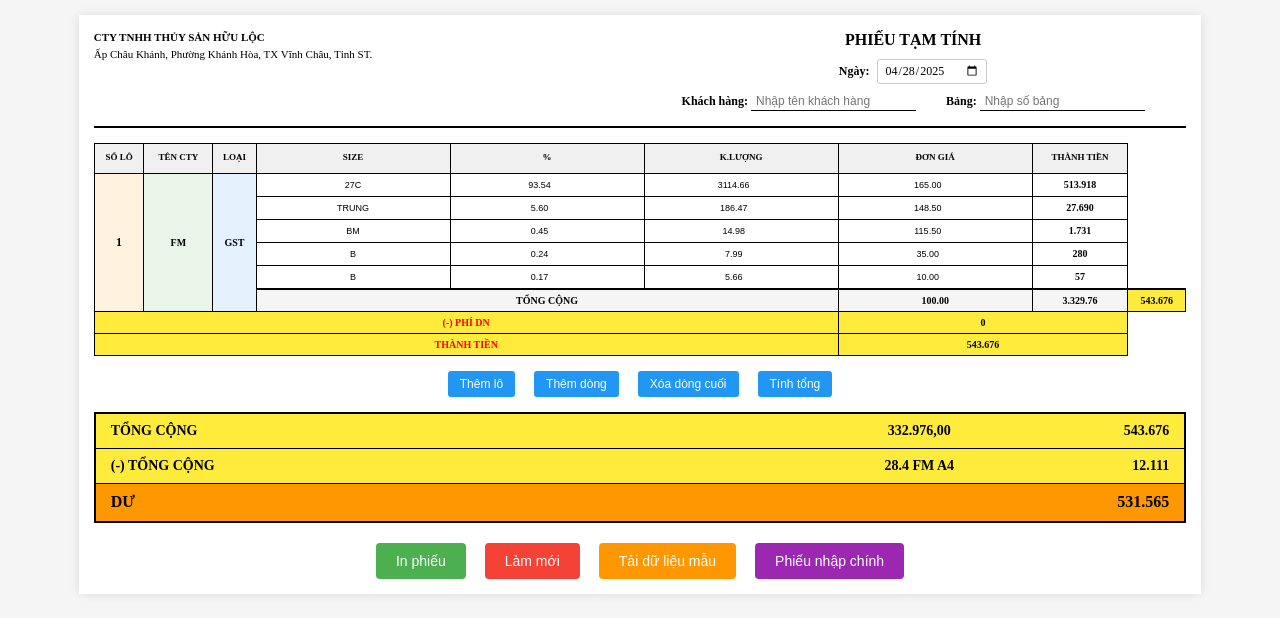
Repository: manhtuong0503/tom-nguyen-lieu
Page: phieu-tam-tinh.html
The author's editor kept a copy of each file at every save. The page is drawn from the files as they stood at one save, then again after the next save.
The browser window is 1280 px wide. The pictures show the whole page.

Above is the page before, as saved 2025-08-02 12:34:43.

After the next save:
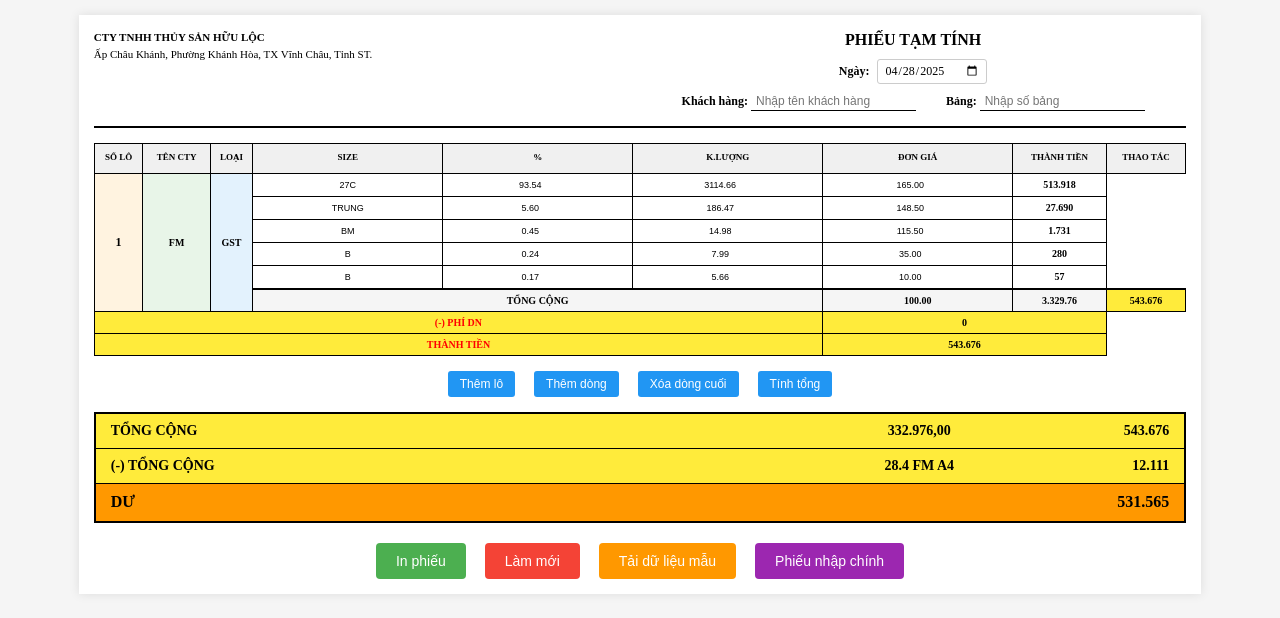
Saved 3 h 22 min later.
--- a/phieu-tam-tinh.html
+++ b/phieu-tam-tinh.html
@@ -38,6 +38,7 @@
                     <th rowspan="2">K.LƯỢNG</th>
                     <th rowspan="2">ĐƠN GIÁ</th>
                     <th rowspan="2">THÀNH TIỀN</th>
+                    <th rowspan="2">THAO TÁC</th>
                 </tr>
                 <tr class="sub-header">
                     <!-- Dòng này để tạo không gian cho header 2 tầng -->
